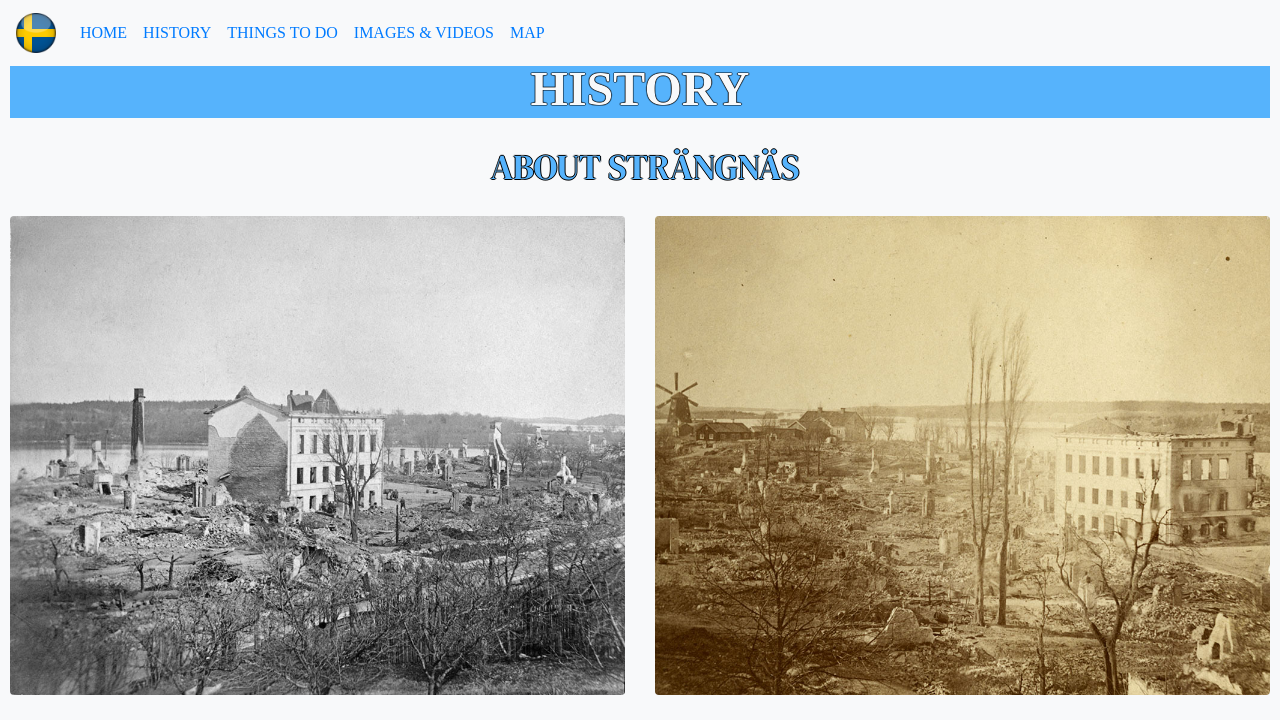
Repository: kososwede/first-project
Page: history.html
The author's editor kept a record of every edit. The page is drawn from the files as they stood at one moment, then again after the next edit.
The browser window is 1280 px wide. The pictures show the whole page.
An inner scrolling area shows only its first screen. Some web fonts or font styles are not loaded; a fallback is used.

Above is the page before.

### history.html
<!DOCTYPE html>
<html lang="en">

<head>
  <meta charset="UTF-8">
  <meta name="viewport" content="width=device-width, initial-scale=1.0">
  <meta http-equiv="X-UA-Compatible" content="ie=edge">
  <link rel="stylesheet" href="https://stackpath.bootstrapcdn.com/bootstrap/4.3.1/css/bootstrap.min.css" integrity="sha384-ggOyR0iXCbMQv3Xipma34MD+dH/1fQ784/j6cY/iJTQUOhcWr7x9JvoRxT2MZw1T" crossorigin="anonymous">
  <link rel="stylesheet" href="https://stackpath.bootstrapcdn.com/font-awesome/4.7.0/css/font-awesome.min.css" type="text/css" />
  <link rel="stylesheet" href="https://cdnjs.cloudflare.com/ajax/libs/ionicons/2.0.1/css/ionicons.min.css">
  <link rel="stylesheet" href="https://cdnjs.cloudflare.com/ajax/libs/hover.css/2.3.1/css/hover-min.css" integrity="sha256-c+C87jupO1otD1I5uyxV68WmSLCqtIoNlcHLXtzLCT0=" crossorigin="anonymous" />
  <link rel="stylesheet" href="assets/css/style.css" type="text/css" />
  <title>Welcome To Strängnäs</title>
  <title>Document</title>
</head>

<body>

  <!----------------------header-------------------------->

  <!----------nav------->

 <nav class="navbar navbar-expand-lg navbar-light bg-light fixed-top">
    <a class="navbar-brand" href="index.html"><img class="image-size" src="assets/images/sweden-flag-png-1.png"></img></a>
    <button class="navbar-toggler" type="button" data-toggle="collapse" data-target="#navbarNavAltMarkup" aria-controls="navbarNavAltMarkup" aria-expanded="false" aria-label="Toggle navigation">
    <span class="navbar-toggler-icon"></span>
  </button>
    <div class="collapse navbar-collapse" id="navbarNavAltMarkup">
      <div class="navbar-nav">
        <a class="nav-item nav-link text-primary" href="index.html">HOME<span class="sr-only">(current)</span></a>
        <a class="nav-item nav-link text-primary" href="history.html">HISTORY</a>
        <a class="nav-item nav-link text-primary" href="places.html">THINGS TO DO</a>
        <a class="nav-item nav-link text-primary" href="images+videos.html">IMAGES & VIDEOS</a>
      <a class="nav-item nav-link text-primary" href="map.html">MAP</a>
      </div>
    </div>
  </nav>


  <!---------------main------------------------------------>
  <div id="container">
    <h1 class="history">HISTORY</h1>
    <h2 class="history-sub-head1">ABOUT STRÄNGNÄS</h2>
    <div class="row">
      <div class="col-md-6 sm-12">
        <img src="assets/images/history1.jpg" class="rounded float-center img-fluid"></img>
      </div>
      <div class="col-md-6 sm-12">
        <img src="assets/images/history2.jpg" class="rounded float-center img-fluid"></img>
      </div>
      <div class="col-12">
        <p>The city's name is first encountered in 1120, in reference to the Diocese. The name Strängnäs is derived from the fact that the city is located near a strait and on several hills, especially on two major ones, the "Mill Hill" and the "Cathedral
          Hill". In Old Norse strengr indicates a "narrow channel of water" and nes refers to an "isthmus", "narrow peninsula", or " headland", a very common toponymic in Scandinavia. Strängnäs was the native city of prominent reformer Laurentius Andreae
          and the home city of both Andreae and Olaus Petri. It became a regional centre of education and scholarship, and in 1626 the Thomas Gymnasium was established by King Gustavus Adolphus, and is today Sweden's second oldest operating gymnasium.
          The urban and economic development of Strängnäs seems to have slowed after the Reformation, only flourishing temporarily with the arrival of energetic bishops. The city was slow to engage with the 19th century industrial development and investment
          found in other areas. A significant fire in 1871 led to large-scale reconstruction of the city, from which time its current appearance stems.
        </p>
      </div>
    </div>
    <hr>
  </div>


  <!----------------------footer------------------------>
  <div class="footer-basic">
    <footer>
      <div class="social"><a href="#"><i class="icon ion-social-instagram"></i></a><a href="#"><i class="icon ion-social-snapchat"></i></a><a href="#"><i class="icon ion-social-twitter"></i></a><a href="#"><i class="icon ion-social-facebook"></i></a></div>
      <h2>For more information about Strängnäs and the surrounding area search for "Södermanland" in the social media links above or enter your Email below to receive up to date offers and discounts on activities and restaurants in the whole of Södermanland.</h3>
        <form class="form-inline justify-content-center">
          <div class="form-group">
            <input type="email" class="form-control" id="email" aria-describedby="emailHelp" placeholder="Enter email">
            <button type="submit" class="btn btn-primary">Submit</button>
          </div>
        </form>

    </footer>
    <p class="copyright">Chris McIlgrew © 2019</p>

  </div>





  <script src="https://code.jquery.com/jquery-3.3.1.slim.min.js" integrity="sha384-q8i/X+965DzO0rT7abK41JStQIAqVgRVzpbzo5smXKp4YfRvH+8abtTE1Pi6jizo" crossorigin="anonymous"></script>
  <script src="https://cdnjs.cloudflare.com/ajax/libs/popper.js/1.14.7/umd/popper.min.js" integrity="sha384-UO2eT0CpHqdSJQ6hJty5KVphtPhzWj9WO1clHTMGa3JDZwrnQq4sF86dIHNDz0W1" crossorigin="anonymous"></script>
  <script src="https://stackpath.bootstrapcdn.com/bootstrap/4.3.1/js/bootstrap.min.js" integrity="sha384-JjSmVgyd0p3pXB1rRibZUAYoIIy6OrQ6VrjIEaFf/nJGzIxFDsf4x0xIM+B07jRM" crossorigin="anonymous"></script>
</body>

</html>

### assets/css/style.css
@import url('https://fonts.googleapis.com/css?family=Sniglet&display=swap');
@import url('https://fonts.googleapis.com/css?family=Courgette&display=swap');
@import url('https://fonts.googleapis.com/css?family=DM+Serif+Display&display=swap');
body,
html {
    width: 100%;
    height: 100%;
    overflow-x: hidden;
}

body {
    font-family: 'Source Sans Pro';


}
 navbar {
     margin-right: 10px;
 }


.image-size {
    height: 40px;
}


.masthead {
    min-height: 30rem;
    position: relative;
    display: table;
    width: 100%;
    height: 100%;
    padding-top: 0rem;
    padding-bottom: 0rem;
    background: -webkit-gradient(linear, left top, right top, from(rgba(255, 255, 255, 0.1)), to(rgba(255, 255, 255, 0.1))), url("../images/viewofstrangnas.jpg");
    background: linear-gradient(90deg, rgba(255, 255, 255, 0.1) 0%, rgba(255, 255, 255, 0.1) 100%), url("../images/viewofstrangnas.jpg");
    background-image: url(../images/viewofstrangnas.jpg);
    background-position: center center;
    background-repeat: no-repeat;
    background-size: cover;

}

h1 {
    font-weight: bolder;
    color: #dece0e;
    text-shadow: #000 0px 0px 1px, #000 0px 0px 1px, #000 0px 0px 1px,
    #000 0px 0px 1px, #000 0px 0px 1px, #000 0px 0px 1px;
    font-size: 3rem;

}

h3 {
    color: #fff;
    text-shadow: #000 0px 0px 1px, #000 0px 0px 1px, #000 0px 0px 1px,
    #000 0px 0px 1px, #000 0px 0px 1px, #000 0px 0px 1px;
}

/*-------------------------------------history*/

.history {
    color: #f8f9fa;
    background-color: #56b3fc;
    text-align: center;
    margin-top: 50px;
}

.history-sub-head1 {
   font-family: 'DM Serif Display', serif;
    padding-left: 10px;
    padding-top: 20px;
    font-size: 35px;
    color: #56b3fc ;
     text-shadow: -1px 0 black, 0 1px black, 1px 0 black, 0 -1px black;

}
#container {
    padding: 10px;
    margin-left: 0px;
    margin-right: 0px;
    display: inline-block;
    text-align: center;
    background-color: #f8f9fa;
}

/*-------------------------------------places-------------------------*/

.to-do {
    color: #f8f9fa;
    background-color: #56b3fc;
    text-align: center;
    margin-top: 50px;

}

.to-do-sub-head1 {
    font-family: 'DM Serif Display', serif;
    padding-left: 10px;
    padding-top: 20px;
    font-size: 35px;
    color: #56b3fc ;
     text-shadow: -1px 0 black, 0 1px black, 1px 0 black, 0 -1px black;
}



.img.fluid {
    width: 100%;
    height: auto;
}



.col-md-6 {
    padding-top: 20px;
    padding-right: 15px;
    text-align: center;


}


p {
    font-weight: bold;
    padding-top: 20px;
    padding-left: 25px;
    padding-right: 25px;
}

hr {
    width: 50%;
}

/*-------------------------------------images videos-------------------------*/
.imagesvideos {
    color: #f8f9fa;
    background-color: #56b3fc;
    text-align: center;
    margin-top: 50px;

}
.col-6 {
    padding: 5px;
}
iframe {
    padding: 5px;
}

.embed-responsive-item {
    padding: 5px;
}
/*-----------------------------------------footer--*/

.footer-basic {
    padding: 0px 0;
    background-color: #f8f9fa;
    color: #4b4c4d;
}

.footer-basic ul {
    padding-left: 50px;
    padding-right: 50px;
    list-style: none;
    text-align: center;
    font-size: 18px;
    line-height: 1.6;
    margin-bottom: 0;
}

.footer-basic li {
    padding: 0 10px;
}

.footer-basic ul a {
    color: inherit;
    text-decoration: none;
    opacity: 0.8;
}

.footer-basic ul a:hover {
    opacity: 1;
}

.footer-basic .social {
    text-align: center;
    padding-bottom: 25px;
    padding-top: 25px;
}

.footer-basic .social>a {
    font-size: 24px;
    width: 40px;
    height: 40px;
    line-height: 40px;
    display: inline-block;
    text-align: center;
    border-radius: 50%;
    border: 1px solid #ccc;
    margin: 0 8px;
    color: inherit;
    opacity: 0.75;

}

.footer-basic .social>a:hover {
    opacity: 0.9;
}

.footer-basic .copyright {
    margin-top: 15px;
    text-align: center;
    font-size: 13px;
    color: #aaa;
    margin-bottom: 0;
    padding-bottom: 15px;
}

.footer-basic h2 {
    font-size: 25px;
    font-style: italic;
    margin-left: 50px;
    margin-right: 50px;
    text-align: center;
}

btn {
    margin-top: 0;
}

/*-----------------------------history---*/

.col-lg-6 {
padding: 0;
margin: 0;
}

.content-section {
 padding-top: 0px;
 padding-right: 0;
 background-color: royalblue;


}

.history-color {
 color: #fff;
 text-decoration: underline yellow;
 }

  .col-lg-4 {
  width: 100%;
 }

After the next edit:
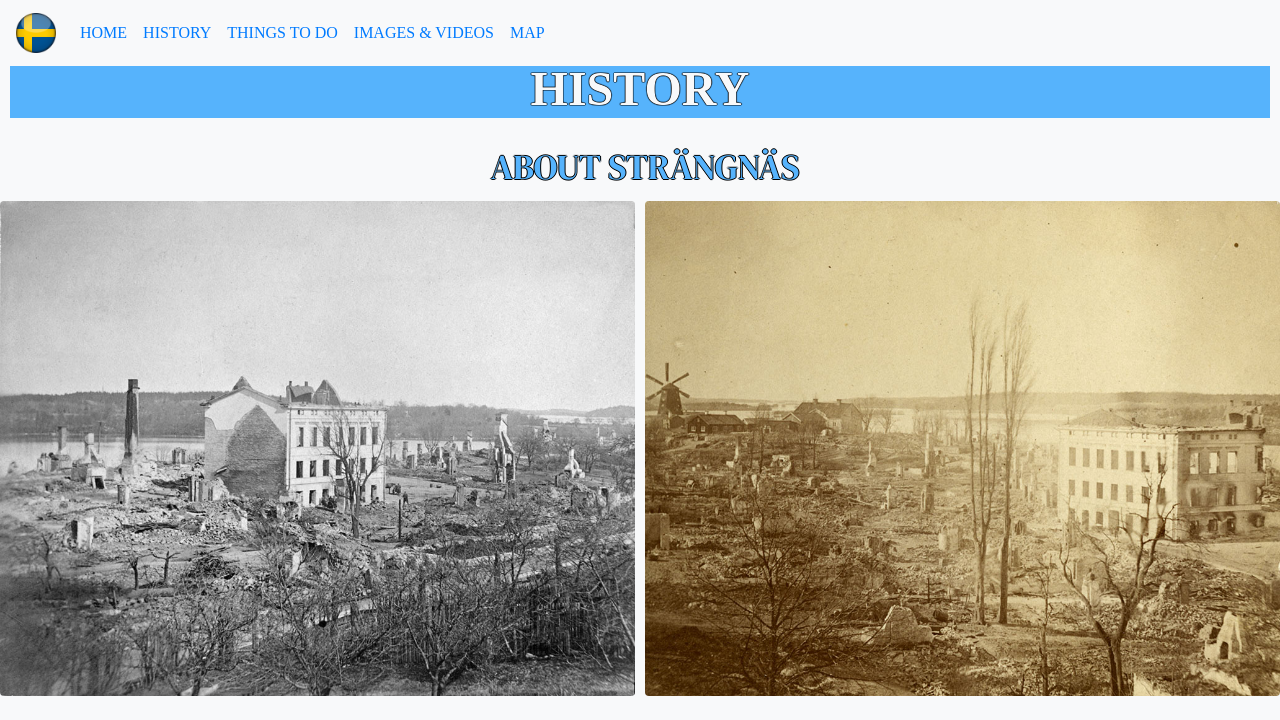
The edit:
--- a/assets/css/style.css
+++ b/assets/css/style.css
@@ -138,7 +138,7 @@
     margin-top: 50px;
 
 }
-.col-6 {
+.col-md-6 {
     padding: 5px;
 }
 iframe {

After the 2 edits that followed:
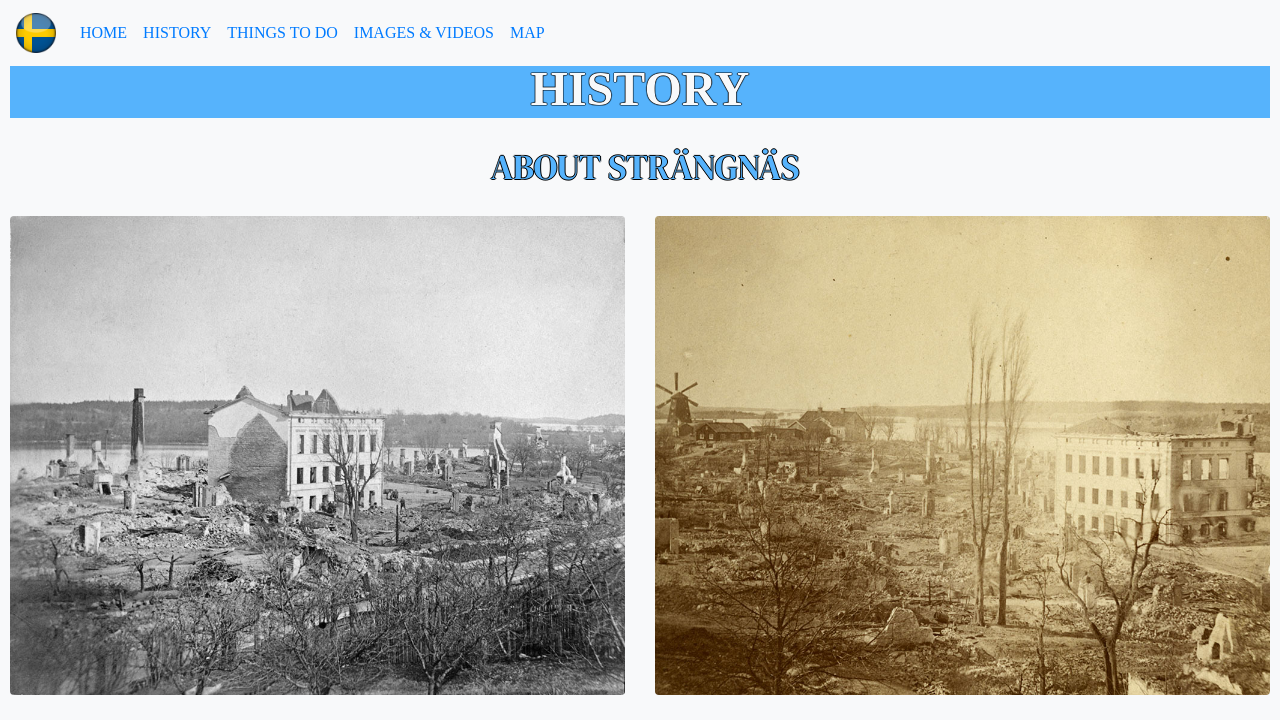
The 2 edits are shown as one change because 1 left the picture as it was.
The edit:
--- a/assets/css/style.css
+++ b/assets/css/style.css
@@ -138,9 +138,12 @@
     margin-top: 50px;
 
 }
-.col-md-6 {
+.col-md-6 .sm-12 {
     padding: 5px;
-}
+    margin: 5px;
+}
+
+
 iframe {
     padding: 5px;
 }
